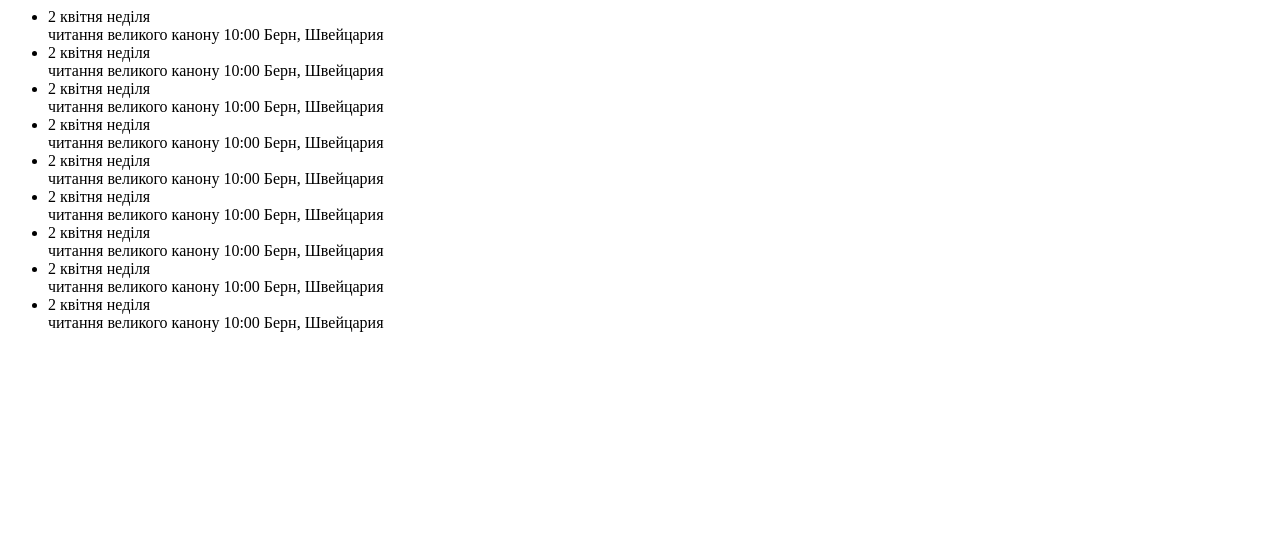
Repository: Gray-01/upcV5
Page: http://localhost/template-parts/schedule.php
These files come from the project's save history. The page is drawn as it stood at one moment and after the next save; the edit follows.
The browser window is 1280 px wide. The pictures show the whole page.
The page is run by PHP 8.4 with error messages shown; the project is at /var/www/html/.

Above is the page before, as saved 2025-10-09 08:56:46.

After the next save:
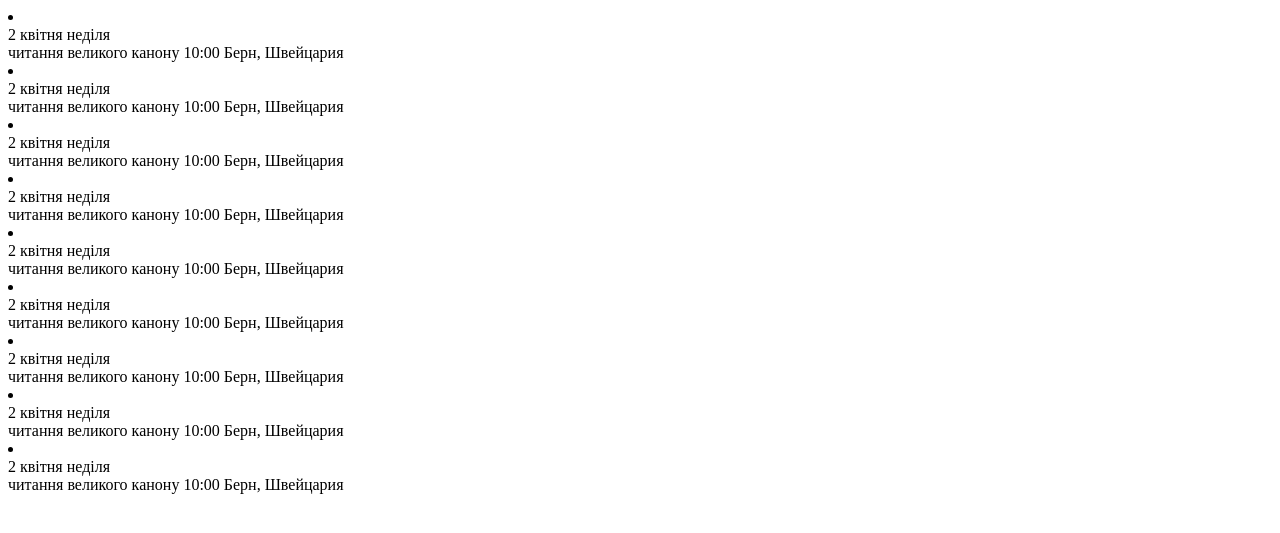
Saved 27 min 53 s later.
--- a/template-parts/schedule.php
+++ b/template-parts/schedule.php
@@ -19,6 +19,11 @@
       <ul class="schedule__list">
 
 
+
+      <?php if (function_exists('the_field') && get_field('schedule_list')): ?>
+        <?php the_field('schedule_list'); ?>
+      <?php endif; ?>
+    </div>
 
 
         <li class="schedule__item">

After the save that followed:
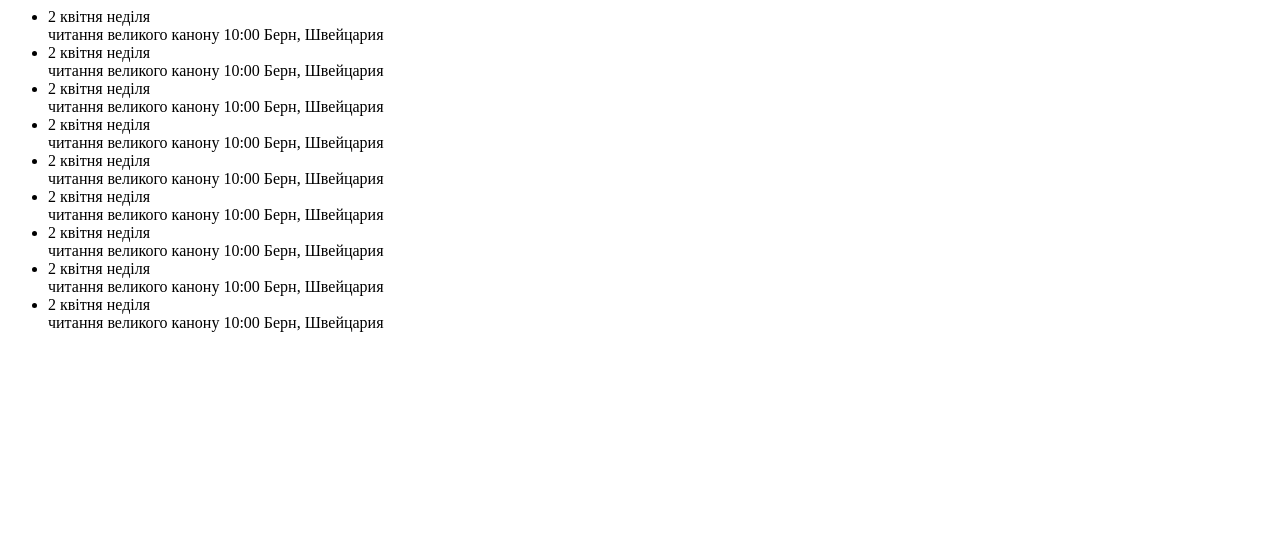
Saved 14 min 0 s later.
--- a/template-parts/schedule.php
+++ b/template-parts/schedule.php
@@ -20,10 +20,6 @@
 
 
 
-      <?php if (function_exists('the_field') && get_field('schedule_list')): ?>
-        <?php the_field('schedule_list'); ?>
-      <?php endif; ?>
-    </div>
 
 
         <li class="schedule__item">
